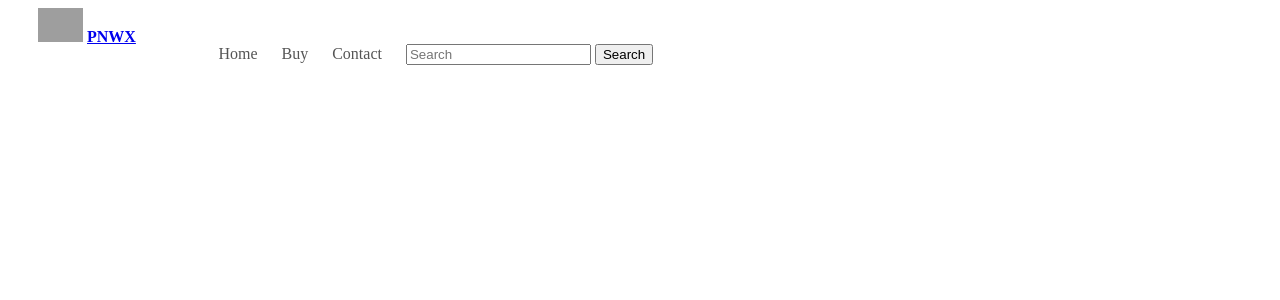
Repository: meiming24/meiming24.github.io
Page: index.html
The author's editor kept a copy of each file at every save. The page is drawn from the files as they stood at one save, then again after the next save.
The browser window is 1280 px wide. The pictures show the whole page.
Pictures or frames that could not be fetched are drawn as grey boxes.

Above is the page before, as saved 2022-05-09 17:21:53.

### index.html
<!DOCTYPE html>
<html lang="en">
<head>
    <meta charset="UTF-8">
    <meta http-equiv="X-UA-Compatible" content="IE=edge">
    <meta name="viewport" content="width=device-width, initial-scale=1.0">
    <title>Pacific Northwest X-Ray</title>
    <link rel="stylesheet" href="index.css" />
</head>
<body>
    <div class="container">

        <div class="logo">
            <img src="https://i.postimg.cc/hG3zmBz9/xray.png" alt="logo">
            <a href="#">PNWX</a>

        </div>

        <div class="nav-bar">
            <nav>
                <ul>
                    <li>
                        <a href="#">Home</a>
                    </li>

                    <li>
                        <a href="#">Buy</a>
                    </li>

                    <li>
                        <a href="#">Contact</a>
                    </li>

                    <li>
                        <form class="d-flex">
                            <input type="search" placeholder="Search"/>
                            <button type="submit">Search</button>
                        </form>
                    </li>

                </ul>


            </nav>



        </div>



    </div>

    <div class="content">

        <div class="item">

        </div>

        <div class="item">

        </div>

        <div class="item">

        </div>

    </div>
</body>
</html>

### index.css
.container {
    display: flex;
    flex-flow: row wrap;
    max-width: 1330px;
    margin: auto;
    padding-left: 30px;
    padding-right: 30px;
}

.container > * {
    padding: 0px;
    margin: 0PX;
    box-sizing: border-box;
}

.logo {
    flex-basis: 10%;
    font-weight: 600;
    text-decoration: none;
}

.logo > img {
    width: 45px;
}

.nav-bar {
    display: flex;
    align-items: center;
    padding: 20px;
}

.nav-bar > nav {
    flex: 100%;
    text-align: left;
}

.nav-bar > nav ul {
    display: inline-block;
    list-style-type: none;
}

.nav-bar > nav ul li{
    display: inline-block;
    margin-right: 20px;
}

.nav-bar > nav ul li a{
    text-decoration: none;
    color: #555;
    border-bottom-style: none;
}

After the next save:
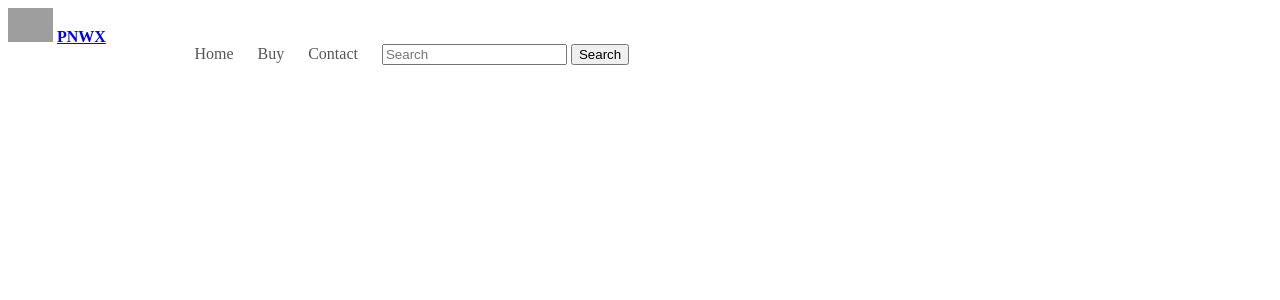
Saved 18 s later.
--- a/index.css
+++ b/index.css
@@ -1,10 +1,7 @@
 .container {
     display: flex;
     flex-flow: row wrap;
-    max-width: 1330px;
-    margin: auto;
-    padding-left: 30px;
-    padding-right: 30px;
+
 }
 
 .container > * {
